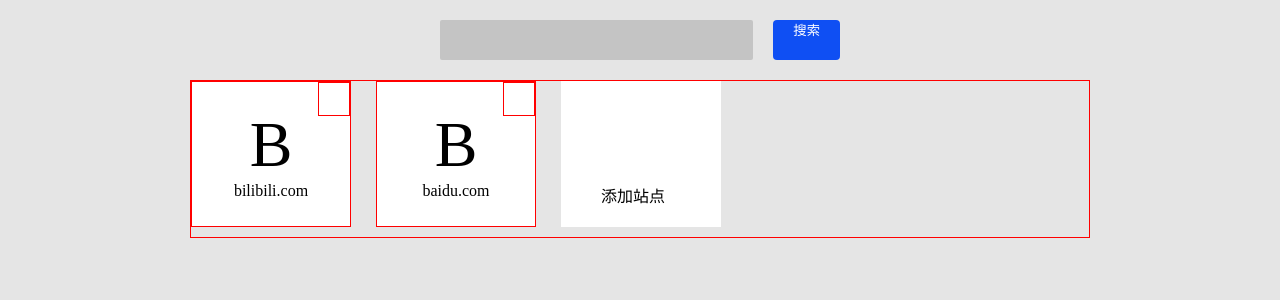
Repository: chenguocan/-
Page: src/index.html
An editor plug-in stored every save of this project. The page is shown before and after the next save, followed by the edit.
The browser window is 1280 px wide. The pictures show the whole page.

Above is the page before, as saved 2020-08-12 15:06:31.

### src/index.html
<!DOCTYPE html>
<html lang="en">

<head>
    <meta charset="UTF-8">
    <meta name="viewport"
        content="width=device-width,initial-scale=1,minimum-scale=1,maximum-scale=1,user-scalable=no,viewport-fit=cover">
    <meta http-equiv="X-UA-Compatible" content="ie=edge">
    <title>前端导航</title>
    <link rel="stylesheet" href="./style.css">
    <style type="text/css">
        .icon {
            width: 1em;
            height: 1em;
            vertical-align: -0.15em;
            fill: currentColor;
            overflow: hidden;
        }
    </style>
</head>

<body>
    <header class="globalHeader">
        <form class="searchForm" method="get" action="https://www.baidu.com/s">
            <input name="wd" type="text" />
            <button class="searchButton">搜索</button>
        </form>
    </header>
    <main class="globalMain">
        <ul class="siteList">
            <li class="addButton site">
                <div class="logo">
                    <svg class="icon" aria-hidden="true" style="width: 5em; height:5em">
                        <use xlink:href="#icon-jiahao"></use>
                    </svg>
                    <div class="site">添加站点</div>
                </div>
            </li>
        </ul>
    </main>
    <script src="https://cdn.bootcdn.net/ajax/libs/jquery/3.5.1/jquery.slim.min.js"></script>
    <script src="//at.alicdn.com/t/font_2000749_640re2b3w3g.js"></script>
    <script src="./main.js"></script>
</body>

</html>

### src/style.css
*{
    margin: 0;
    padding: 0;
    box-sizing: border-box;
}
*::before{
    margin: 0;
    padding: 0;
    box-sizing: border-box;
}
*::after{
    margin:0;
    padding: 0;
    box-sizing: border-box;
}
body{
    background:#E5E5E5;
}
ul>li{
    list-style: none;
}
a{
    text-decoration: none;
    color: inherit;
}
.searchForm {
    margin:20px;
    display: flex;
    flex-direction: row;
    flex-wrap: nowrap;
    justify-content: space-between;
}
.globalHeader >.searchForm > input{
    width: 100%;
    border: none;
    height: 40px;
    border-radius: 2px;
    background: #C4C4C4;
    padding-left: 10px;
}
@media(min-width:500px){
    .searchForm{
        max-width: 400px;
        margin-left: auto;
        margin-right: auto;
    }
}
.globalHeader >.searchForm> .searchButton{
    display: flex;
    white-space: nowrap;
    border: none;
    color:white;
    margin-left: 20px;
    background:#0F4FF3;
    border-radius:4px;
    padding:0 20px;
}
.siteList{
    display: flex;
    flex-direction: row;
    justify-content: space-between;
    flex-wrap: wrap;
    margin:0 20px;
    border:1px solid red;
}
@media (min-width:500px){
    .siteList{
        max-width: 900px;
        margin-right: auto;
        margin-left: auto;
        justify-content: flex-start;
    }
}
.siteList .siteBox,.addButton{
    display: flex;
    flex-direction: column;
    justify-content: center;
    align-items: center;
    flex-wrap: wrap;
    height: 146px;
    width: 160px;
    margin-bottom: 10px;
    background:#FFFFFF;
}
@media(min-width:500px){
    .siteList .siteBox,.addButton{
        margin-right: 25px;
    }
}
.siteList .siteBox>.logo{
    font-size: 64px;
}
.siteList .siteBox>.site{
    font-size:16px;
}
.siteBox{
    position: relative;
    border:1px solid red;
}
.delete{
    border:1px solid red;
    display: inline-block;
    position: absolute;
    right: 0;
    top: 0;
}
.delete>.icon{
    width: 30px;
    height: 30px;
}
.siteList .site:hover>.delete{
    display: block;
}

### src/main.js
const $siteList = $(".siteList");
const $addButton = $(".addButton");
const $lastLi = $siteList.find('li.last')
const x = localStorage.getItem('x');
const xObject = JSON.parse(x);
const hashMap = xObject || [
    {
        logo: "B",
        url: "https://www.bilibili.com",
    },
    {
        logo: "D",
        url: "https://www.baidu.com"
    }
];
const replaceUrl = ((url) => {
    return url.replace("http://", "").replace("https://", "").replace("www.", "").replace(/\/.*/, '')
})
const hashMapList = () => {
    $siteList.find("li:not(.addButton)").remove();
    hashMap.forEach((item, index) => {
        let $string = $(`
    <li class="site">
        <a href="${item.url}">
            <div class="siteBox">
                <div class="logo">${replaceUrl(item.url)[0].toUpperCase()}</div>
                <div class="siteUrl">${replaceUrl(item.url)}</div>
                <div class="delete">
                <svg class="icon" aria-hidden="true">
                   <use xlink:href="#icon-cha"></use>
                </svg>
               </div>
             </div>
        </a>
    </li>
    `).insertBefore($addButton);
        $(".delete>svg").on('click', (e) => {
            e.stopPropagation(); // 阻止冒泡
            hashMap.splice(index, 1);
            hashMapList();
        })
    })
}
hashMapList();
$addButton.on("click", () => {
    let addUrl = window.prompt("请输入要添加的站点");
    if (addUrl !== null) {
        let logo = replaceUrl(addUrl)[0].toUpperCase();
        let url = addUrl;
        if (addUrl.indexOf("https") === -1) {
            url = "https://" + addUrl;
        }
        //console.log(logo, url)
        let addList = {
            logo,
            url,
        };
        hashMap.push(addList);
        hashMapList();
    }
})
window.onbeforeunload = (() => {
    const value = JSON.stringify(hashMap);
    window.localStorage.setItem("x", value);
})

After the next save:
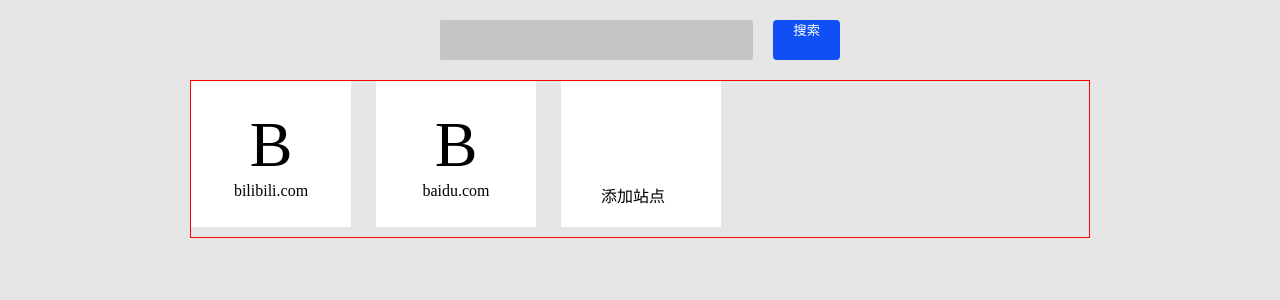
Saved 7 s later.
--- a/src/style.css
+++ b/src/style.css
@@ -95,10 +95,10 @@
 }
 .siteBox{
     position: relative;
-    border:1px solid red;
+
 }
 .delete{
-    border:1px solid red;
+
     display: inline-block;
     position: absolute;
     right: 0;
